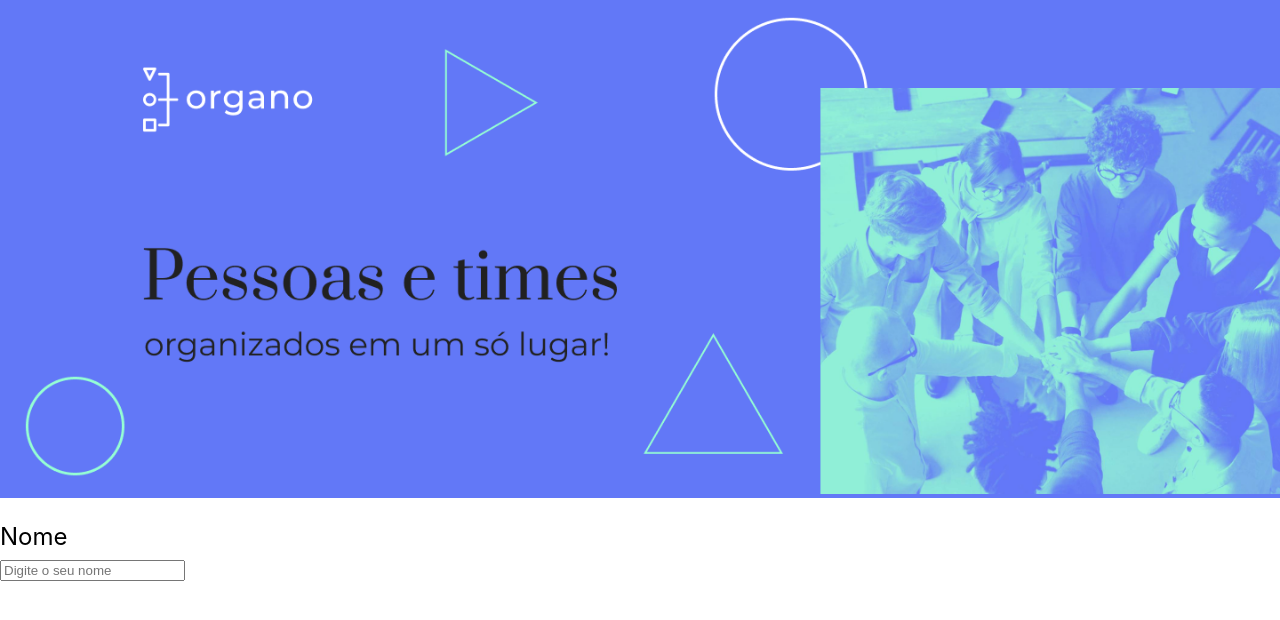
Repository: devMuriloOliveira/organo
Page: /
An editor plug-in stored every save of this project. The page is shown before and after the next save, followed by the edit.
The browser window is 1280 px wide. The pictures show the whole page.
The project was rebuilt for these pictures with package versions that can differ from the ones it lists, and the page was loaded fresh each time.

Above is the page before, as saved 2023-01-10 18:24:26.

### src/App.js

import Banner from './componentes/Banner/Banner'
import CampoTexto from './componentes/CampoTexto'

function App() {
  return (
    <div className="App">
      <Banner/>
      <CampoTexto/>
    </div>
  )
}

export default App

### src/componentes/Banner/Banner.js
import './Banner.css'

function Banner() {
  return (
    <header className="banner">
      <img src="/imagens/banner.png" alt="O banner principal da pagina Organo"/>
    </header>


    )

}

export default Banner

### src/componentes/CampoTexto/index.js
import './CampoTexto.css'

const CampoTexto = () =>{
  return(
    <div className="campo-texto">
      <label>Nome</label>
      <input placeholder='Digite o seu nome'/>
    </div>
  )
}

export default CampoTexto

### src/componentes/Banner/Banner.css
.banner {
  background-color: #6278F7;
  text-align: center;
}

.banner img {
  max-width: 100%;
}

### src/componentes/CampoTexto/CampoTexto.css
.campo-texto {
  margin: 24px 0;
}

.campo-texto label {
  display: block;
  margin-bottom: 8px;
  font-size: 24px;
}

Loaded but not shown: public/index.html (common file); src/index.js (common file); src/index.css (common file)

After the next save:
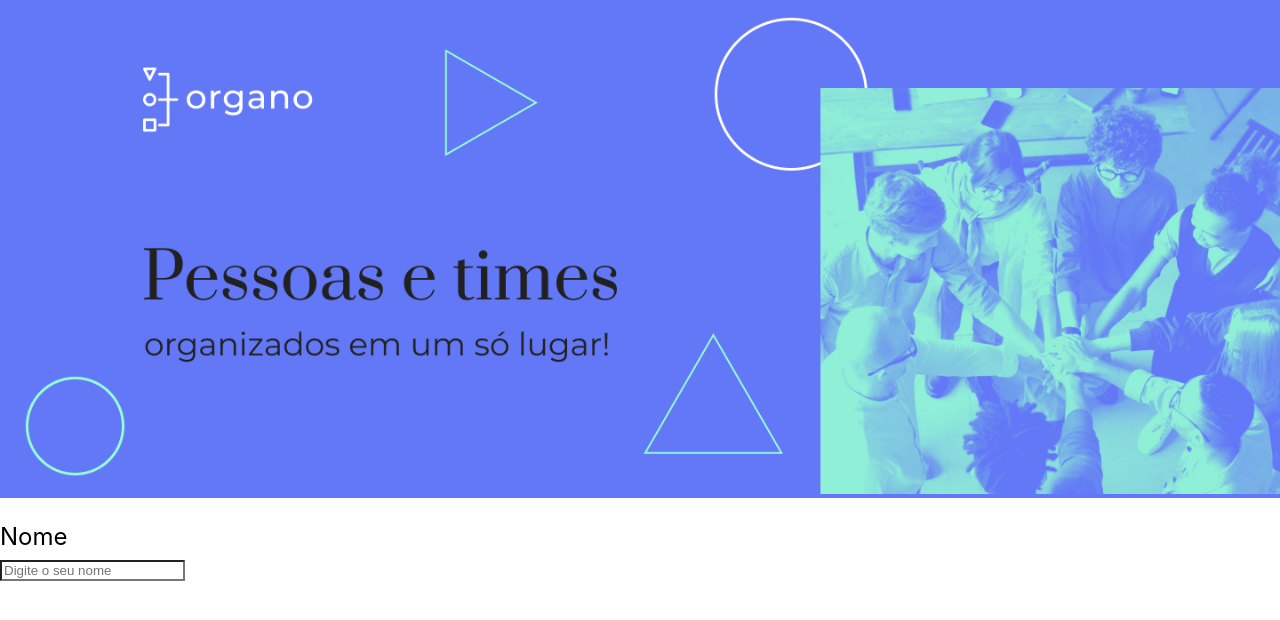
Saved 2 min 5 s later.
--- a/src/componentes/CampoTexto/CampoTexto.css
+++ b/src/componentes/CampoTexto/CampoTexto.css
@@ -7,3 +7,7 @@
   margin-bottom: 8px;
   font-size: 24px;
 }
+
+.campo-texto input {
+  background-color: #fff;
+}
